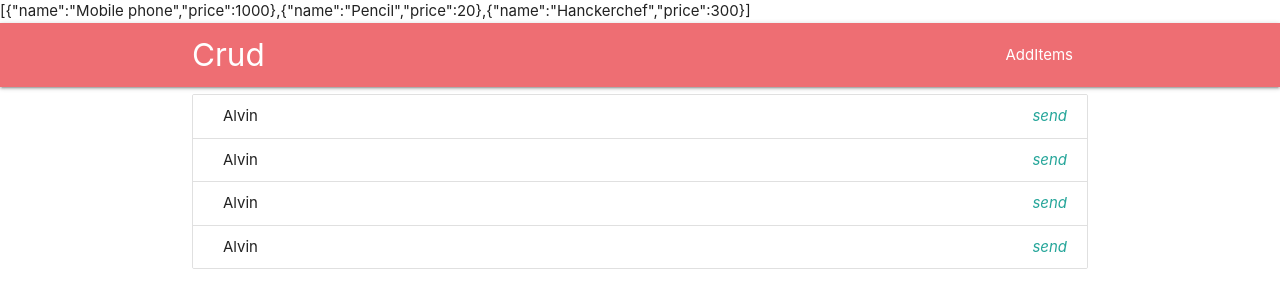
Repository: umarrg/crud-app-ejs-and-nodejs
Page: http://localhost/
The author's editor kept a copy of each file at every save. The page is drawn from the files as they stood at one save, then again after a run of saves.
The browser window is 1280 px wide. The pictures show the whole page.
The page is served by the project's Node server (app.js).

Above is the page before, as saved 2020-12-30 11:43:53.
Console error: ReferenceError: items is not defined

After the next 2 saves:
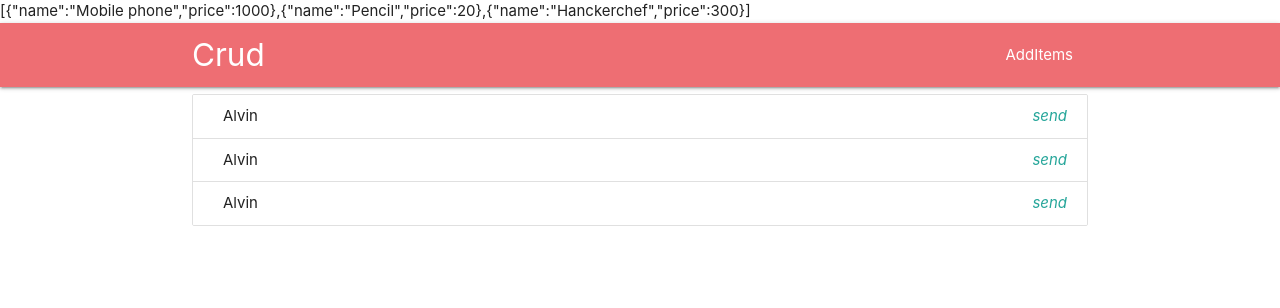
Console error: SyntaxError: Unexpected token '<'
The 2 saves are shown as one change because they came seconds apart.
The last was saved 10 s later.
--- a/views/index.ejs
+++ b/views/index.ejs
@@ -24,11 +24,11 @@
 
           <script>
             if(items.lenght>0) {
-
+              <li class="collection-item"><div>Alvin<a href="#!" class="secondary-content"><i class="material-icons">send</i></a></div></li>
             }
           </script>
 
-          <li class="collection-item"><div>Alvin<a href="#!" class="secondary-content"><i class="material-icons">send</i></a></div></li>
+
           <li class="collection-item"><div>Alvin<a href="#!" class="secondary-content"><i class="material-icons">send</i></a></div></li>
           <li class="collection-item"><div>Alvin<a href="#!" class="secondary-content"><i class="material-icons">send</i></a></div></li>
           <li class="collection-item"><div>Alvin<a href="#!" class="secondary-content"><i class="material-icons">send</i></a></div></li>
